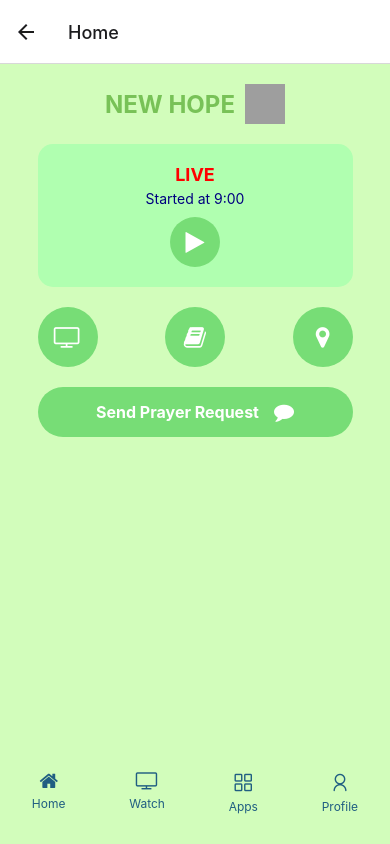
Repository: AbrahamM007/NewHopeChurchApp
Screen: /Home
An editor plug-in stored every save of this project. The screen is shown before and after the next save, followed by the edit.
Pictures or frames that could not be fetched are drawn as grey boxes. The app was drawn by React Native's web renderer in a window 390 px wide. The project was rebuilt for these pictures with package versions that can differ from the ones it lists, and the page was loaded fresh each time. Some packages were replaced by stand-ins written for this rebuild. Also part of the build but not shown: screens/SignUpScreen.js.

Above is the screen before, as saved 2024-10-21 17:09:48.

### App.js
// App.js
import 'react-native-gesture-handler';
import React from 'react';
import { NavigationContainer } from '@react-navigation/native';
import { createStackNavigator } from '@react-navigation/stack';
import LoginScreen from './screens/LoginScreen';
import SignUpScreen from './screens/SignUpScreen';
import HomeScreen from './screens/HomeScreen';

const Stack = createStackNavigator();

function App() {
  return (
    <NavigationContainer>
      <Stack.Navigator initialRouteName="Login">
        <Stack.Screen name="Login" component={LoginScreen} />
        <Stack.Screen name="SignUp" component={SignUpScreen} />
        <Stack.Screen name="Home" component={HomeScreen} />
      </Stack.Navigator>
    </NavigationContainer>
  );
}

export default App;

### screens/LoginScreen.js
// screens/LoginScreen.js
import React, { useState } from 'react';
import { View, Text, TextInput, TouchableOpacity, StyleSheet, Alert } from 'react-native';
import { useNavigation } from '@react-navigation/native'; // Import navigation hook

const LoginScreen = () => {
  const [email, setEmail] = useState('');
  const [password, setPassword] = useState('');
  const navigation = useNavigation(); // Use the navigation hook

  // Function to handle login
  const handleLogin = () => {
    fetch('http://localhost:3000/api/login', {
      method: 'POST',
      headers: { 'Content-Type': 'application/json' },
      body: JSON.stringify({ email, password }),
    })
      .then((response) => response.json())
      .then((data) => {
        if (data.message === 'Login successful') {
          Alert.alert('Login successful');
          // Navigate to the Home screen
          navigation.navigate('Home');
        } else {
          Alert.alert(data.message);
        }
      })
      .catch((error) => {
        console.error('Error:', error);
        Alert.alert('An error occurred. Please try again.');
      });
  };

  // Function to handle registration
  const handleRegister = () => {
    fetch('http://localhost:3000/api/register', {
      method: 'POST',
      headers: { 'Content-Type': 'application/json' },
      body: JSON.stringify({ email, password }),
    })
      .then((response) => response.json())
      .then((data) => {
        if (data.message === 'User registered successfully') {
          Alert.alert('Registration successful, please log in');
        } else {
          Alert.alert(data.message);
        }
      })
      .catch((error) => {
        console.error('Error:', error);
        Alert.alert('An error occurred. Please try again.');
      });
  };

  return (
    <View style={styles.container}>
      <TextInput
        style={styles.input}
        placeholder="Enter email"
        placeholderTextColor="#888"
        value={email}
        onChangeText={(text) => setEmail(text)}
      />
      <TextInput
        style={styles.input}
        placeholder="Password"
        placeholderTextColor="#888"
        secureTextEntry
        value={password}
        onChangeText={(text) => setPassword(text)}
      />
      <TouchableOpacity style={styles.loginButton} onPress={handleLogin}>
        <Text style={styles.loginButtonText}>Log In</Text>
      </TouchableOpacity>
      <TouchableOpacity style={styles.registerButton} onPress={handleRegister}>
        <Text style={styles.registerButtonText}>Don't have an account? Register</Text>
      </TouchableOpacity>
    </View>
  );
};

const styles = StyleSheet.create({
  container: {
    flex: 1,
    justifyContent: 'center',
    padding: 16,
    backgroundColor: '#dff0c2',
  },
  input: {
    borderWidth: 1,
    borderColor: '#ccc',
    borderRadius: 5,
    padding: 10,
    marginBottom: 15,
    color: '#333',
  },
  loginButton: {
    backgroundColor: '#4CAF50',
    padding: 15,
    borderRadius: 10,
    alignItems: 'center',
    marginBottom: 15,
  },
  loginButtonText: {
    color: '#fff',
    fontWeight: 'bold',
  },
  registerButton: {
    alignItems: 'center',
    marginTop: 10,
  },
  registerButtonText: {
    color: '#1e90ff',
  },
});

export default LoginScreen;

### screens/HomeScreen.js
// screens/HomeScreen.js
import React from 'react';
import { View, Text, TouchableOpacity, StyleSheet, Image } from 'react-native';
import FontAwesome from 'react-native-vector-icons/FontAwesome';
import AntDesign from 'react-native-vector-icons/AntDesign';
import { useNavigation } from '@react-navigation/native';

const HomeScreen = () => {
  const navigation = useNavigation();

  return (
    <View style={styles.container}>
      {/* Header */}
      <View style={styles.header}>
        <Text style={styles.headerText}>NEW HOPE</Text>
        <Image
          source={{ uri: 'https://your-logo-url.com' }} // Replace with your logo URL
          style={styles.logo}
        />
      </View>

      {/* Live Stream Card */}
      <View style={styles.liveCard}>
        <Text style={styles.liveText}>LIVE</Text>
        <Text style={styles.startTimeText}>Started at 9:00</Text>
        <TouchableOpacity style={styles.playButton}>
          <FontAwesome name="play" size={24} color="#fff" />
        </TouchableOpacity>
      </View>

      {/* Icon Buttons */}
      <View style={styles.iconButtonsContainer}>
        <TouchableOpacity style={styles.iconButton}>
          <FontAwesome name="television" size={24} color="#fff" />
        </TouchableOpacity>
        <TouchableOpacity style={styles.iconButton}>
          <FontAwesome name="book" size={24} color="#fff" />
        </TouchableOpacity>
        <TouchableOpacity style={styles.iconButton}>
          <FontAwesome name="map-marker" size={24} color="#fff" />
        </TouchableOpacity>
      </View>

      {/* Prayer Request Button */}
      <TouchableOpacity style={styles.prayerButton}>
        <Text style={styles.prayerButtonText}>Send Prayer Request</Text>
        <FontAwesome name="comment" size={20} color="#fff" style={styles.commentIcon} />
      </TouchableOpacity>

      {/* Bottom Navigation */}
      <View style={styles.bottomNavigation}>
        <TouchableOpacity style={styles.navItem}>
          <FontAwesome name="home" size={20} color="#205E82" />
          <Text style={styles.navText}>Home</Text>
        </TouchableOpacity>
        <TouchableOpacity style={styles.navItem}>
          <FontAwesome name="tv" size={20} color="#205E82" />
          <Text style={styles.navText}>Watch</Text>
        </TouchableOpacity>
        <TouchableOpacity style={styles.navItem}>
          <AntDesign name="appstore-o" size={20} color="#205E82" />
          <Text style={styles.navText}>Apps</Text>
        </TouchableOpacity>
        <TouchableOpacity style={styles.navItem}>
          <AntDesign name="user" size={20} color="#205E82" />
          <Text style={styles.navText}>Profile</Text>
        </TouchableOpacity>
      </View>
    </View>
  );
};

const styles = StyleSheet.create({
  container: {
    flex: 1,
    backgroundColor: '#D2FDBB',
    paddingHorizontal: 20,
    alignItems: 'center',
  },
  header: {
    flexDirection: 'row',
    alignItems: 'center',
    marginVertical: 20,
  },
  headerText: {
    fontSize: 24,
    fontWeight: 'bold',
    color: '#78C257',
    flex: 1,
    textAlign: 'center',
  },
  logo: {
    width: 40,
    height: 40,
    marginLeft: 10,
  },
  liveCard: {
    backgroundColor: '#B0FFB0',
    width: '90%',
    borderRadius: 15,
    padding: 20,
    marginBottom: 20,
    alignItems: 'center',
  },
  liveText: {
    color: 'red',
    fontWeight: 'bold',
    fontSize: 18,
  },
  startTimeText: {
    color: '#000080',
    marginTop: 5,
  },
  playButton: {
    marginTop: 10,
    backgroundColor: '#77DD76',
    borderRadius: 25,
    width: 50,
    height: 50,
    alignItems: 'center',
    justifyContent: 'center',
  },
  iconButtonsContainer: {
    flexDirection: 'row',
    justifyContent: 'space-between',
    width: '90%',
    marginBottom: 20,
  },
  iconButton: {
    backgroundColor: '#77DD76',
    borderRadius: 50,
    width: 60,
    height: 60,
    alignItems: 'center',
    justifyContent: 'center',
  },
  prayerButton: {
    backgroundColor: '#77DD76',
    padding: 15,
    borderRadius: 25,
    marginBottom: 20,
    width: '90%',
    alignItems: 'center',
    flexDirection: 'row',
    justifyContent: 'center',
  },
  prayerButtonText: {
    color: '#fff',
    fontSize: 16,
    fontWeight: 'bold',
    marginRight: 10,
  },
  commentIcon: {
    marginLeft: 5,
  },
  bottomNavigation: {
    flexDirection: 'row',
    justifyContent: 'space-around',
    backgroundColor: '#D2FDBB',
    width: '100%',
    paddingVertical: 10,
    position: 'absolute',
    bottom: 20,
  },
  navItem: {
    alignItems: 'center',
  },
  navText: {
    fontSize: 12,
    color: '#205E82',
    marginTop: 5,
  },
});

export default HomeScreen;

Loaded but not shown: index.js (common file)

After the next save:
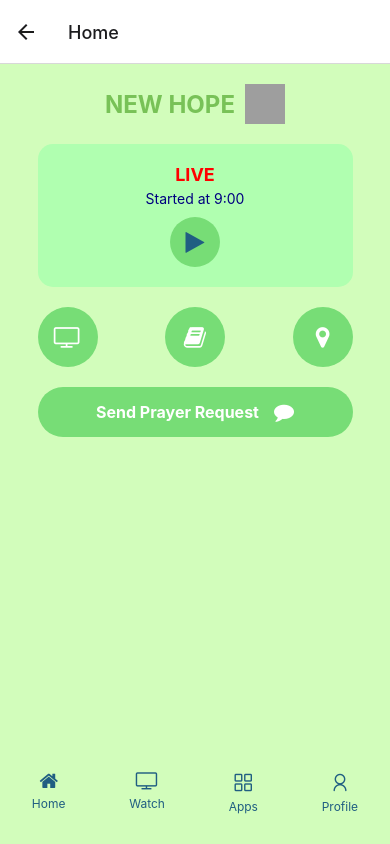
Saved 101 s later.
--- a/screens/HomeScreen.js
+++ b/screens/HomeScreen.js
@@ -24,7 +24,7 @@ const HomeScreen = () => {
         <Text style={styles.liveText}>LIVE</Text>
         <Text style={styles.startTimeText}>Started at 9:00</Text>
         <TouchableOpacity style={styles.playButton}>
-          <FontAwesome name="play" size={24} color="#fff" />
+          <FontAwesome name="play" size={24} color="#205E82" />
         </TouchableOpacity>
       </View>
 
